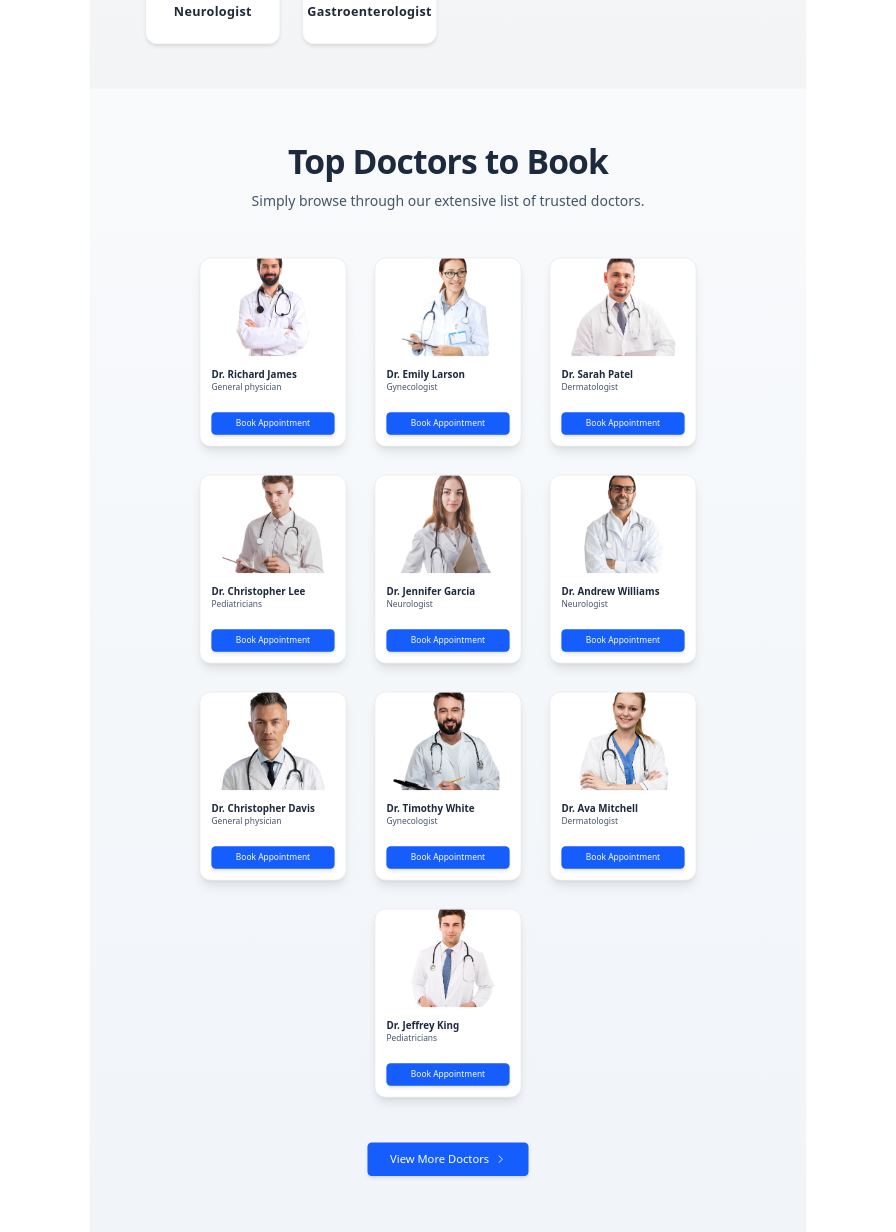
Repository: Pran2535/appointement_booking
Page: / (app in frontend/)
These files come from the project's save history. The page is drawn as it stood at one moment and after the next save; the edit follows.
The browser window is 1280 px wide. The pictures show the part of the page from y = 1330 to 3250 px (the page is 3090 px tall before and 3250 px after), at 70% of full size.
The project was rebuilt for these pictures with package versions that can differ from the ones it lists, and the page was loaded fresh each time. Also part of the build but not shown: frontend/vite.config.js, frontend/src/pages/About.jsx, frontend/src/pages/MyAppointments.jsx, frontend/src/pages/Doctors.jsx, frontend/src/pages/Login.jsx, frontend/src/pages/Contact.jsx, frontend/src/pages/MyProfile.jsx, frontend/src/pages/Appointment.jsx.

Above is the page before, as saved 2025-02-16 21:51:23.

After the next save:
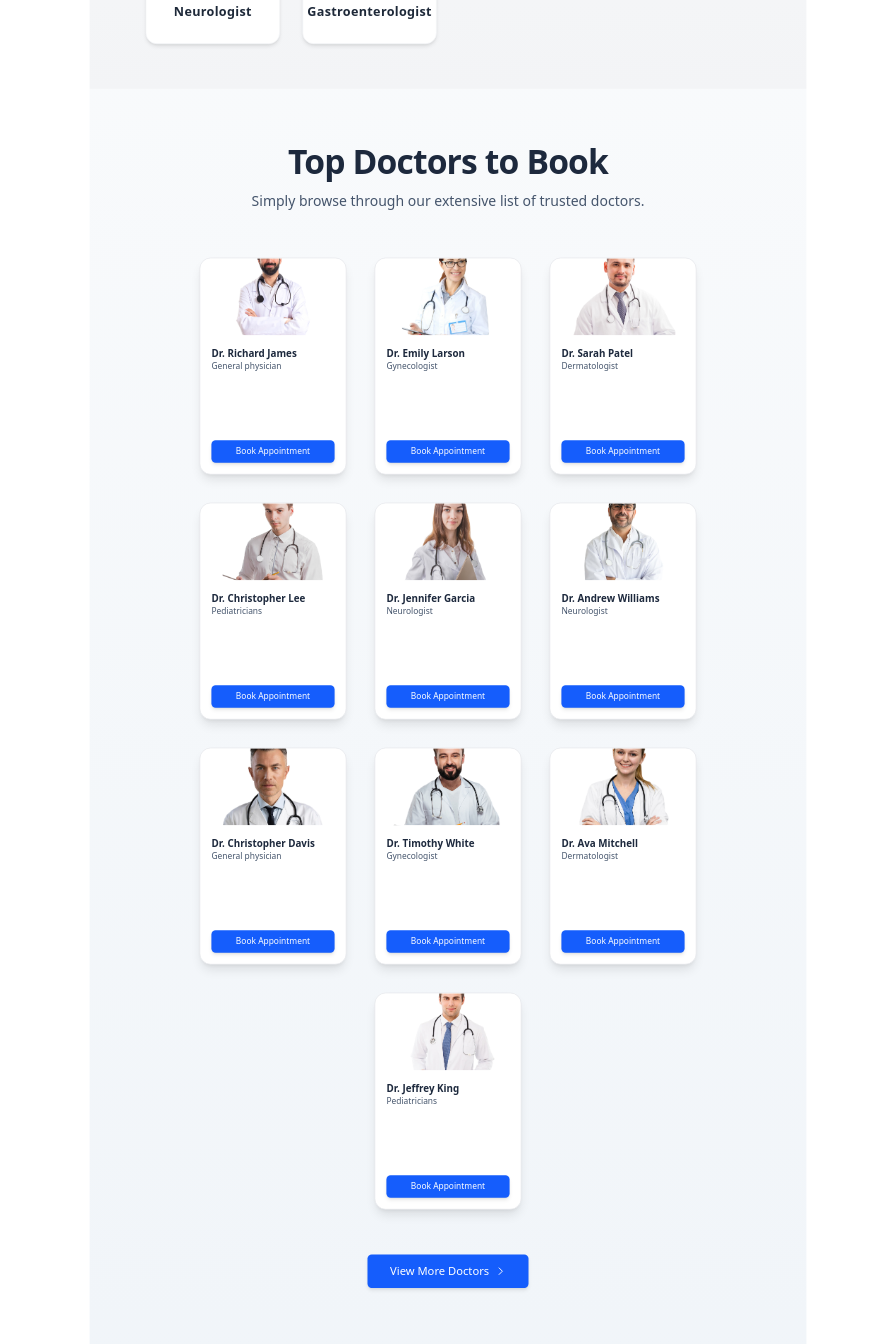
Saved 118 s later.
--- a/frontend/src/components/TopDoctors.jsx
+++ b/frontend/src/components/TopDoctors.jsx
@@ -20,10 +20,10 @@ const TopDoctors = () => {
           {doctors.slice(0, 10).map((doctor, index) => (
             <div
               key={index}
-              className="group w-[210px] h-[270px] bg-white rounded-2xl shadow-lg transition-transform duration-300 transform hover:-translate-y-3 hover:shadow-2xl flex flex-col overflow-hidden border border-gray-200"
+              className="group w-[210px] h-[310px] bg-white rounded-2xl shadow-lg transition-transform duration-300 transform hover:-translate-y-3 hover:shadow-2xl flex flex-col overflow-hidden border border-gray-200"
             >
               {/* Image Container */}
-              <div className="relative h-[140px] overflow-hidden">
+              <div className="relative h-[110px] overflow-hidden">
                 <img
                   src={doctor.image}
                   alt={doctor.name}
